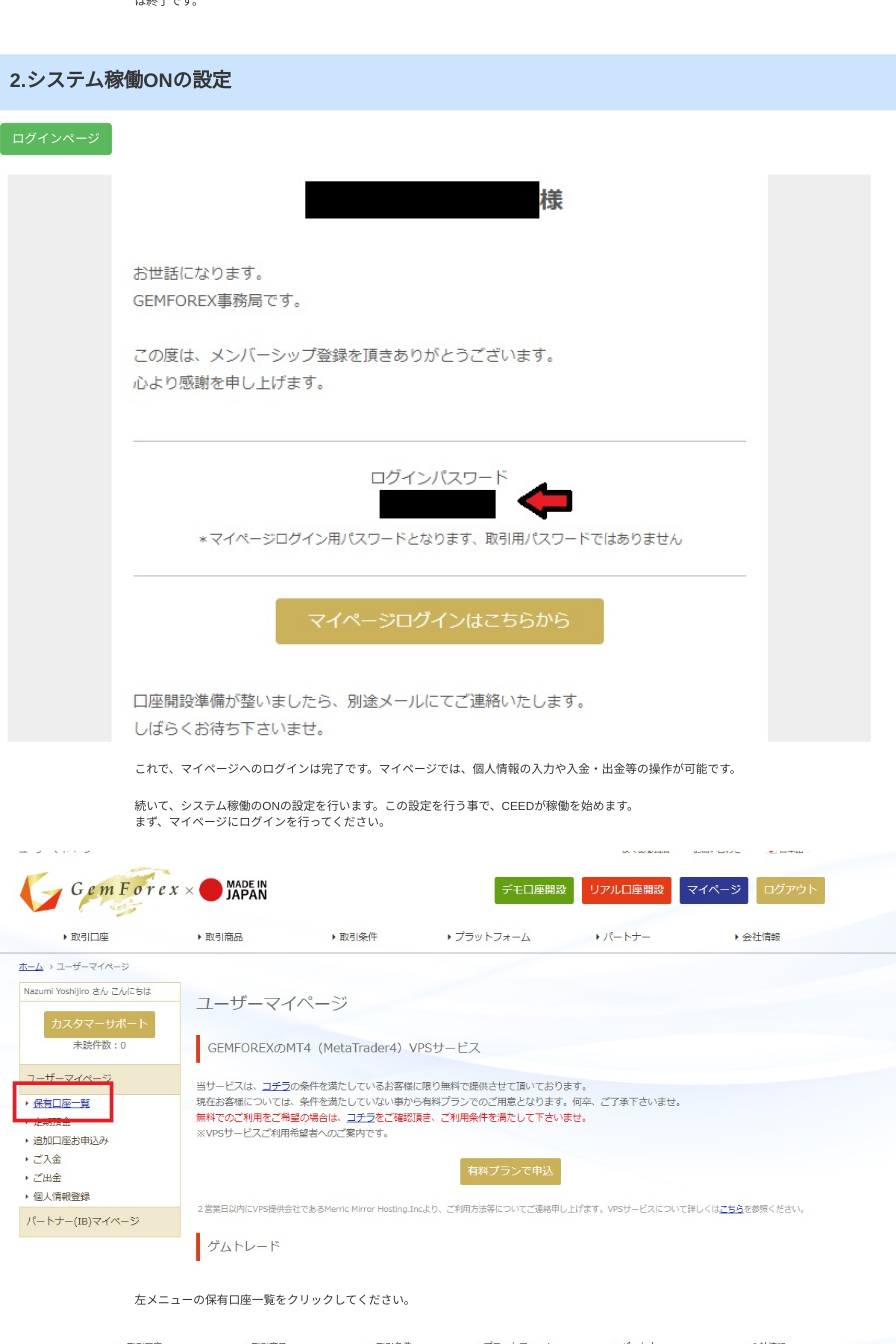
Repository: kkttuu1013/ProjectCeed
Page: http://localhost/start
The author's editor kept a record of every edit. The page is drawn from the files as they stood at one moment, then again after the next edit.
The browser window is 1280 px wide. The pictures show the part of the page from y = 2651 to 4571 px (the page is 11499 px tall before and 11575 px after), at 70% of full size.
Some web libraries are served in a nearby version. The page is served by the project's Node server (server.js).

Above is the page before.
Console error: ReferenceError: jQuery is not defined

### views/start.ejs
<!DOCTYPE html>
<html lang="en">
<head>
    <meta charset="UTF-8">
    <meta name="viewport" content="width=device-width, initial-scale=1">
    <title>Hello Bulma!</title>
    <link href="../main.css" rel="stylesheet" type="text/css"/>
    <link rel="stylesheet" href="../bulma/bulma.css">
    <script defer src="https://use.fontawesome.com/releases/v5.0.7/js/all.js"></script>
    <meta http-equiv="X-UA-Compatible" content="ie=edge">
    <link rel="stylesheet" href="https://maxcdn.bootstrapcdn.com/bootstrap/3.3.6/css/bootstrap.min.css" />
    <title>Document</title>
    <script src="../main.js"></script>
</head>
<body>
    <img src="/image/2.jpg" class="sidepd4">
    <hr class="hr1">
    <div class="wrapper">
        <p class="txt">このページでは、EA「CEED」の導入と運用方法を解説致します。上から順にマニュアルに沿って進めてください。<br>
        <br><strong>※ 入金や出金に関してお困りの際はこちらまでお問い合わせください。</strong></p>

         <a id="link" href="https://line.me/R/ti/p/%40jov0846c"><strong>CEED サポートLINE@はこちら</strong></a>


    </div>
    <div class="wrapper2" >
     <p class="txt1">
    <strong>1.FX証券会社の口座開設</strong><br>
    </p>
    </div>
<!-- /.wrapper -->
<div class="wrapper4">
    <p class="txt">このページでは、EA「CEED」の導入と運用方法を解説致します。上から順にマニュアルに沿って進めてください。
    <br>
    <br>
    下のリンクからGemforex証券の口座開設ページに進んでください。
<strong class="purple"><br>（※下のアクセスリンクはCEED運用専用となりますので、必ず下のリンクからアクセスをお願い致します)</strong>
    </p>
    <a href='https://gforex.asia/vip/77486/'>
    <button type="button" class="btn btn-lg btn-primary mgtop">CEED専用口座開設</button>
    </a>
    </div>
    <div class="wrapper4">
    <p class="txt">
        上の「口座開設ボタン」を押すと、証券会社のHPに移動しますので、画面の案内に従って、
        必要項目を記入してください。
    </p>
    </div>

    <div class="wrapper4">
    <p class="txt">
        <strong>口座タイプ</strong>：日本円口座（オールインワン）<br>
        <br>
        <strong>登録種別</strong>：個人口座<br>
        <br>
        <strong>お名前</strong>：ご自身の名前を記入<br>
        <br>
        <strong>メールアドレス</strong>：フリーメールアドレスで問題ありません。（※すでにGemforexの口座をお持ちの方は、違うメールアドレスにて登録してください）
    </p>
    </div>
    <div class="wrapper5">
    <img class="responsiveImg" src="/images/2.jpg">
    </div>
    <div class="wrapper4">
    <p class="txt">
    必要項目を記入後、下の「私はロボットではありません」にチェックを付けて、送信をしてください。
    </p>
    </div>
    <div class="wrapper5">
    <img class="responsiveImg" src="/images/3.jpg">
    </div>
    <div class="wrapper4">
    <p class="txt">
    先ほど登録したメールアドレス宛に、「登録完了通知」メールが送信されますので、ご確認ください。これで口座開設は終了です。
    </p>
    </div>
    <div class="wrapper2" >
     <p class="txt1">
    <strong>2.システム稼働ONの設定</strong><br>
    </p>
    </div>
    <a href='https://gforex.asia/login.php'>
    <button type="button" class="btn btn-lg btn-success mgtop">ログインページ</button>
    </a>
    <div class="wrapper5">
    <img class="responsiveImg" src="/images/4.jpg">
    </div>
    <div class="wrapper4">
    <p class="txt">
    これで、マイページへのログインは完了です。マイページでは、個人情報の入力や入金・出金等の操作が可能です。
    </p>
    </div>
    <div class="wrapper4">
    <p class="txt">
    続いて、システム稼働のONの設定を行います。この設定を行う事で、CEEDが稼働を始めます。<br>
    まず、マイページにログインを行ってください。
    </p>
    </div>
    <div class="wrapper5">
    <img class="responsiveImg" src="/images/保有口座一覧.jpg">
    </div>
    <div class="wrapper4">
    <p class="txt">
    左メニューの保有口座一覧をクリックしてください。
    </p>
    </div>
    <div class="wrapper5">
    <img class="responsiveImg" src="/images/MAM申請1.jpg">
    </div>
    <div class="wrapper4">
    <p class="txt">
    さっき、開設した口座情報が掲示されます。（５から始まる口座番号です）下の「MAM口座申請」を押してください。
    </p>
    </div>
    <div class="wrapper5">
    <img class="responsiveImg" src="/images/MAM申請2.jpg">
    <img class="responsiveImg" src="/images/MAM申請3.jpg">
    </div>
     <div class="wrapper4">
    <p class="txt">
    OKを押してください。口座開設に登録したメールアドレスに「確認メール」が届きますので、確認してください。
    </p>
    </div>
    <div class="wrapper5">
    <img class="responsiveImg" src="/images/MAM申請4.jpg">
    </div>
     <div class="wrapper4">
    <p class="txt">
    確認メールに記載されているURLをクリックして有効化をお願いします。
    </p>
    </div>
    <div class="wrapper5">
    <img class="responsiveImg" src="/images/MAM申請5.jpg">
    <img class="responsiveImg" src="/images/MAM申請6.jpg">
    <img class="responsiveImg" src="/images/MAM申請7.jpg">
    </div>
    <div class="wrapper4">
    <p class="txt">
    最後にMAM利用に関して同意の上、設定を完了します。
    </p>
    </div>
    <div class="wrapper5">
    <img class="responsiveImg" src="/images/MAM申請8.jpg">
    </div>
    <div class="wrapper4">
    <p class="txt">
    保有口座一覧の画面に移動しますので、OFF→ONに設定してください。
    </p>
    </div>
    <div class="wrapper5">
    <img class="responsiveImg" src="/images/MAM申請9.jpg">
    </div>
    <div class="wrapper4">
    <p class="txt">
    設定変更をしてもよろしいですかとでますので、OKを押してください。<br><br>
    <strong class="skyblue">これでシステムON設定が完了しました。あとは入金すると、自動で運用が開始します。</strong>
    </p>
    </div>




    <footer id="myFooter">
        <div id="mycontainer" class="container blackDiv">
            <div class="row blackDiv">
                <div id="image_wrapper" class="col-sm-12 col-md-2 blackDiv">
                    <h2 class="logo"><a href="#"><img id="ifcLogo" src="/image/IFC rogo.png"></a></h2>
                </div>
                <div class="col-sm-12 col-md-2 blackDiv footerList" >
                    <h5>製品情報</h5>
                    <ul>
                        <li><a href="https://www.ifc752.com/gallery">有料EA AUZIE</a></li>
                        <li><a href="https://www.ifc752.com/bee">有料EA BEE</a></li>
                        <li><a href="https://www.ifc752.com/blank-2">IFC SYSTEM1</a></li>
                        <li><a href="https://www.ifc752.com/ifcsystem1">IFC SYSTEM2</a></li>
                        <li><a href="https://www.ifc752.com/ifcsystem2">IFC SYSTEM3</a></li>
                        <li><a href="https://www.ifc752.com/ifcsystem4-3">IFC SYSTEM4</a></li>
                    </ul>
                </div>
                <div class="col-sm-12 col-md-2 blackDiv footerList">
                    <h5>サポート</h5>
                    <ul>
                        <li><a href="https://line.me/R/ti/p/%40vbu5369m">IFC EA LINE@</a></li>
                    </ul>
                </div>
                <div class="col-sm-12 col-md-2 blackDiv footerList">
                    <h5>場所</h5>
                    <ul>
                        <li>JAPAN</li>

                    </ul>
                </div>
                <div class="col-sm-12 col-md-2 blackDiv footerList">
                    <h5>企業情報</h5>
                    <ul>
                        <li><a href="https://www.sinseeddeviation.com/">会社概要</a></li>
                        <li><a href="/privacypolicy">プライバシーポリシー</a></li>
                    </ul>
                </div>
                <div id="button_wrapper" class="col-sm-12 col-md-2 blackDiv">
                    <button onclick="location.href='/'" type="button" class="btn btn-default">TOPに戻る</button>
                </div>
            </div>
        </div>
        <div class="footer-copyright">
            <p>© 2019 Copyright IFC GROUP </p>
        </div>
    </footer>


    <script src="https://code.jquery.com/jquery-3.4.1.js"
            integrity="sha256-WpOohJOqMqqyKL9FccASB9O0KwACQJpFTUBLTYOVvVU="
            crossorigin="anonymous"></script>
    <script src="https://ajax.googleapis.com/ajax/libs/jquery/1.12.4/jquery.min.js"></script>
    <script src="https://maxcdn.bootstrapcdn.com/bootstrap/3.3.7/js/bootstrap.min.js"></script>
<script src="main.js"></script>
</body>

</html>

### server.js
const express = require('express');
const app = express();
const cool = require('cool-ascii-faces')
const PORT = process.env.PORT || 3000;

app.set('views', './views');
app.set("view engine", "ejs");
app.use( express.static( __dirname ) );

app.get('/',function(req, res){
    res.render("index");
});

app.get('/whatisea/', function(req, res){
    res.render("whatisea")
})

app.get('/free/', function(req, res){
    res.render("free")
})

app.get('/cool', (req, res)=> res.send(cool()));

app.get('/privacypolicy', function(req, res){
    res.render("privacypolicy")
})

app.get('/stream', function(req, res){
    res.render("stream");
})

app.get('/start', function(req, res){
    res.render("start");
})

app.get('/start/2', function(req,res){
    res.render("money");
})

app.get('/start/3', function(req,res){
    res.render("mt4");
})

app.get('/start/4', function(req,res){
    res.render("back");
})

app.use(function(err, req, res, next){
	res.status(500);
	res.end('my 500 error! : ' + err);
});

app.listen(PORT);

### main.css
body{
    color: black;
    padding: 0;
    margin: 0;
}

.top-padding{
    padding: 5% 15% 5% 15%;
}

.responsiveImg{
    width: 100%;
}

.whitediv{
    background-color: white !important;
}



.right-half {
    position: absolute;
    right: 0px;
    width: 50%;
    height: 40%;
}

.margin-zero{
    margin: 0;
    padding: 0;
}
.img-whitebar{
    margin: 0px;
}
#leftHalf {
    width: 50%;
    position: absolute;
    left: 0px;
    height: 100%;
}

.mgpdzero{
    margin-bottom: 0px;
    padding: 0;
}

#topPos{
    width: 100%;
}

.sidepd{
    padding: 0px  10% 6% 10%;
}

.sidepd2{
    padding: 0% 10% 0% 10%;
}

.sidepd3{
    margin-left: auto;
    margin-right: auto;
    width: 100%;
}

.sidepd4{
    padding: 0% 10% 0% 10%;
}



.addtoppd{
    padding-top: 5%;
}


.navbar
{
    border: 0 !important;
}

.containBtn{
    position: relative;
    text-align: center;
    z-index: 0;
}

#container {
    position:relative;
    display: block;
}

.column{
    padding: 0;
    margin: 0;
}

.skyblue{
    color: #3D9BE9;
}

.wrapper {
    max-width: 70%;
    margin: 0 auto;
    text-align: center;
    background: white;
  }
.wrapper2{
    padding: 1.3em 1em;
    margin: auto;
    margin-top: 5%;
    color: #2c2c2f;
    background: #cde4ff;/*背景色*/
    width: 100%;
    height: 80px;
    text-align: left;
}

.wrapper4 {
    max-width: 70%;
    margin: 0 auto;
    margin-top: 2em;
    text-align: center;
    background: white;
  }

 .wrapper5 {
    margin: 0 auto;
    margin-top: 2em;
    text-align: center;
    background: white;
  }

.next {
  background-color: #4CAF50;
  color: white;
  text-align: center;
  text-decoration: none;
  display: inline-block;
  padding: 8px 16px;
}

.round {
  border-radius: 50%;
}

.mgtop{
    margin-top: 1em;
}


.txt{
    font-size: 1.2em;
    text-align: left;
}

.txt1 {
    display: inline-block;
    text-align: center;
    font-size: 2em;
}

#link{
    text-align: center;
    background: white;

}

.hr1{
    height: 3px;
}





#mycontainer .container{
    height: 50px;
    width: 100px;
}

#img2 {
    width: 50px;
    height: auto;
    position: absolute;
    left: 61.5%;
    top: 20%;
}

#img3 {
    width: 50px;
    height: auto;
    position: absolute;
    left: 1170px;
    top: 15px;
}

#img4 {
    width: 50px;
    height: auto;
    position: absolute;
    left: 100%;
    top: 15px;
}

.fixedTop{
    position: fixed;
    top: 0;
    z-index: 10;
}

#toTop{
    width: 12%;

}

#toTop:focus{
    outline: none;
}

#toEA{
    left: 11%;
    width: 18.5%;
}

#gotoea{
    position: absolute;
    bottom: 29%;
    left: 23.5%;
    text-align: center;
    font-size: 1.5vw;
}

#gotofree{
    position: absolute;
    bottom: 30%;
    left: 60%;
    text-align: center;
    font-size: 1.5vw;
}



#toEA:focus{
    outline: none;
}

#toFree{
    left: 28.5%;
    width: 20%;
}

#toFree:focus{
    outline: none;
}

#gotostream{
    position: absolute;
    bottom: 35%;
    left: 26%;
    font-size: 1.5vw;
}

#gotostream2{
    position: absolute;
    bottom: 15%;
    left: 60%;
    font-size: 1.4vw;
}

#toStream{
    left: 47.8%;
    width: 19.6%;
}

#toStream:focus{
    outline: none;
}

#toLine{
    left: 67.4%;
    width: 11%;
}

#toLine:focus{
    outline: none;
}


#toStart{
    left: 78.3%;
    width: 27.8%;
}

#toStart:focus{
    outline: none;
}

.videocontainer{
    position: relative;
    width: 100%;
    padding-top: 30%;
    padding-left: 10%;
    padding-right: 10%;
    padding-bottom: 10%;
}

.streamframe{
    position: absolute;
    top: 10%;
    right: 25%;
    width: 1000px;
    height: 500px;
}

.signal{
    top: 1.5%;
    left: 64%;
    width: 3%;
}

@media screen and (max-width: 600px) {
    .signal{top: 1%;}
}

div {
    background-color: #F7F7F8;
  }

#mycontainer{
    width: 100%;
}

#myFooter {
    background-color: #3c3d41;
    color: white;
    width: 100%;

}

#myFooter .footer-copyright {
    background-color: #333333;
    padding-top: 3px;
    padding-bottom: 3px;
    text-align: center;
    font-size: 50%;
}

#myFooter .row {
    margin-bottom: 0px;
    width: 100%;
}

#myFooter .navbar-brand {
    margin-top: 45px;
    height: 65px;
}

#myFooter .footer-copyright p {
    margin: 10px;
    color: #ccc;
}

#myFooter ul {
    list-style-type: none;
    padding-left: 0;
    line-height: 1.7;
    text-align: center;
}

#myFooter h5 {
    color: white;
    font-weight: bold;
    margin-top: 30px;
    text-align: center;

}

#myFooter h2 a{
    font-size: 50px;
    text-align: center;
    color: #fff;
}

#myFooter a {
    width: 100%;
    color: #d2d1d1;
    text-decoration: none;
    font-size: 15px;

}

#myFooter li{
    width: 100%;
    color: #d2d1d1;
    text-decoration: none;
    font-size: 15px;
}

#myFooter a:hover,
#myFooter a:focus {
    text-decoration: none;
    color: white;
}

#myFooter .social-networks {
    text-align: center;
    padding-top: 100px;
    padding-bottom: 16px;
}

#myFooter .social-networks a {
    font-size: 10px;
    color: #f9f9f9;
    padding: 10px;
    transition: 0.2s;
}

#myFooter .social-networks a:hover {
    text-decoration: none;
}

#myFooter .facebook:hover {
    color: #0077e2;
}

#myFooter .google:hover {
    color: #ef1a1a;
}

#myFooter .twitter:hover {
    color: #00aced;
}

#myFooter .btn {
    color: #3c3d41;
    background-color: #F7F7F8;
    border-radius: 20px;
    border: none;
    margin: auto;
    margin-top: 100px;
}

#button_wrapper{
    text-align: center;
}

#ifcLogo{
    height: auto;
    width: 200px;
    padding-right: 10px;
    padding-left:  10px;
    padding-top: 25px;
}

.mobile{
    display: none;
}

@media screen and (max-width: 1023px) {
    #myFooter .row {
    margin-bottom: 0px;
}
    #image_wrapper{
        text-align: center;
    }

    #myFooter .btn{
        margin-top: 50px;
        margin-bottom: 50px;
    }

    .desktop{
        display: none;
    }

    .mobile{
        display: block;
        width: 100%;
    }
    #toTop{
        width: 100%;
    }
    #imgMain{
        margin-top: 10%;
    }


}

@media screen and (max-width: 767px) {
    .sidepd{
        padding: 0 0 20% 0;
    }
    .top-padding{
        padding: 5% 0 5% 0;
    }

    #gotoea{
        bottom: 29%;
        left: 18%;
        font-size: 2vw;
    }

    #gotostream{
        position: absolute;
        bottom: 35%;
        left: 21%;
        font-size: 2vw;
    }

     #gotofree{
        position: absolute;
        bottom: 7%;
        left: 40%;
        font-size: 3vw;
    }

    #gotoea{
        position: absolute;
        bottom: 7%;
        left: 40%;
        font-size: 3vw;
    }

    #gotostream{
        position: absolute;
        bottom: 7%;
        left: 40%;
        font-size: 3vw;
    }





}

@media (max-width: 525px){
    .containimg {
        width: auto;
        }
    .insideimg{
        width: 100%;
        height: auto;
    }
}


.blackDiv{
    background-color: #3c3d41;
    font-size: 80%;
}


/* ============== */
/*     footer     */
/* ============== */

### main.js
/* global $ */

jQuery(function(){

    function fadeIn()
{
   $(this).fadeIn( fadeOut );
}

function fadeOut()
{
   $(this).fadeOut( fadeIn );
}

fadeIn.call($(".signal"));

 });



 //向かいたい先の位置を変数positionに入れる。
var topPos = $("#topPos").offset().top;
var eaPos = $("#eaPos").offset().top;
var freePos = $("#freePos").offset().top;
var livePos = $("#livePos").offset().top;
var linePos = $("#linePos").offset().top;
var startPos = $("#startPos").offset().top;　//最初の要素の、ドキュメント上での表示位置[y軸]を返す

var bootstrap_enabled = (typeof $().modal == 'function');


//TO TOP BUTTON
$(document).on("click","#toTop",function(){
   console.log("pressed!");
   $("html,body").animate({
        scrollTop : topPos // さっき変数に入れた位置まで
    }, {
        queue : false,　// どれくらい経過してから、アニメーションを始めるか。キュー[待ち行列]。falseを指定すると、キューに追加されずに即座にアニメーションを実行。
    });
});

$(document).on("click",".btn-default",function(){
    console.log("pressed!");
    $("html,body").animate({
         scrollTop : topPos // さっき変数に入れた位置まで
     }, {
         queue : false,　// どれくらい経過してから、アニメーションを始めるか。キュー[待ち行列]。falseを指定すると、キューに追加されずに即座にアニメーションを実行。
     });
 });

$(document).on("click","#toEA",function(){
    console.log("pressed!");
    $("html,body").animate({
         scrollTop : eaPos // さっき変数に入れた位置まで
     }, {
         queue : false,　// どれくらい経過してから、アニメーションを始めるか。キュー[待ち行列]。falseを指定すると、キューに追加されずに即座にアニメーションを実行。
     });
 });

 $(document).on("click","#toFree",function(){
    console.log("pressed!");
    $("html,body").animate({
         scrollTop : freePos // さっき変数に入れた位置まで
     }, {
         queue : false,　// どれくらい経過してから、アニメーションを始めるか。キュー[待ち行列]。falseを指定すると、キューに追加されずに即座にアニメーションを実行。
     });
 });

 $(document).on("click","#toStream",function(){
    console.log("pressed!");
    $("html,body").animate({
         scrollTop : livePos // さっき変数に入れた位置まで
     }, {
         queue : false,　// どれくらい経過してから、アニメーションを始めるか。キュー[待ち行列]。falseを指定すると、キューに追加されずに即座にアニメーションを実行。
     });
 });

 $(document).on("click","#toLine",function(){
    console.log("pressed!");
    $("html,body").animate({
         scrollTop : linePos // さっき変数に入れた位置まで
     }, {
         queue : false,　// どれくらい経過してから、アニメーションを始めるか。キュー[待ち行列]。falseを指定すると、キューに追加されずに即座にアニメーションを実行。
     });
 });

 $(document).on("click","#toStart",function(){
    console.log("pressed!");
    $("html,body").animate({
         scrollTop : startPos // さっき変数に入れた位置まで
     }, {
         queue : false,　// どれくらい経過してから、アニメーションを始めるか。キュー[待ち行列]。falseを指定すると、キューに追加されずに即座にアニメーションを実行。
     });
 });

Loaded but not shown: bulma/bulma.css (library)

After the next edit:
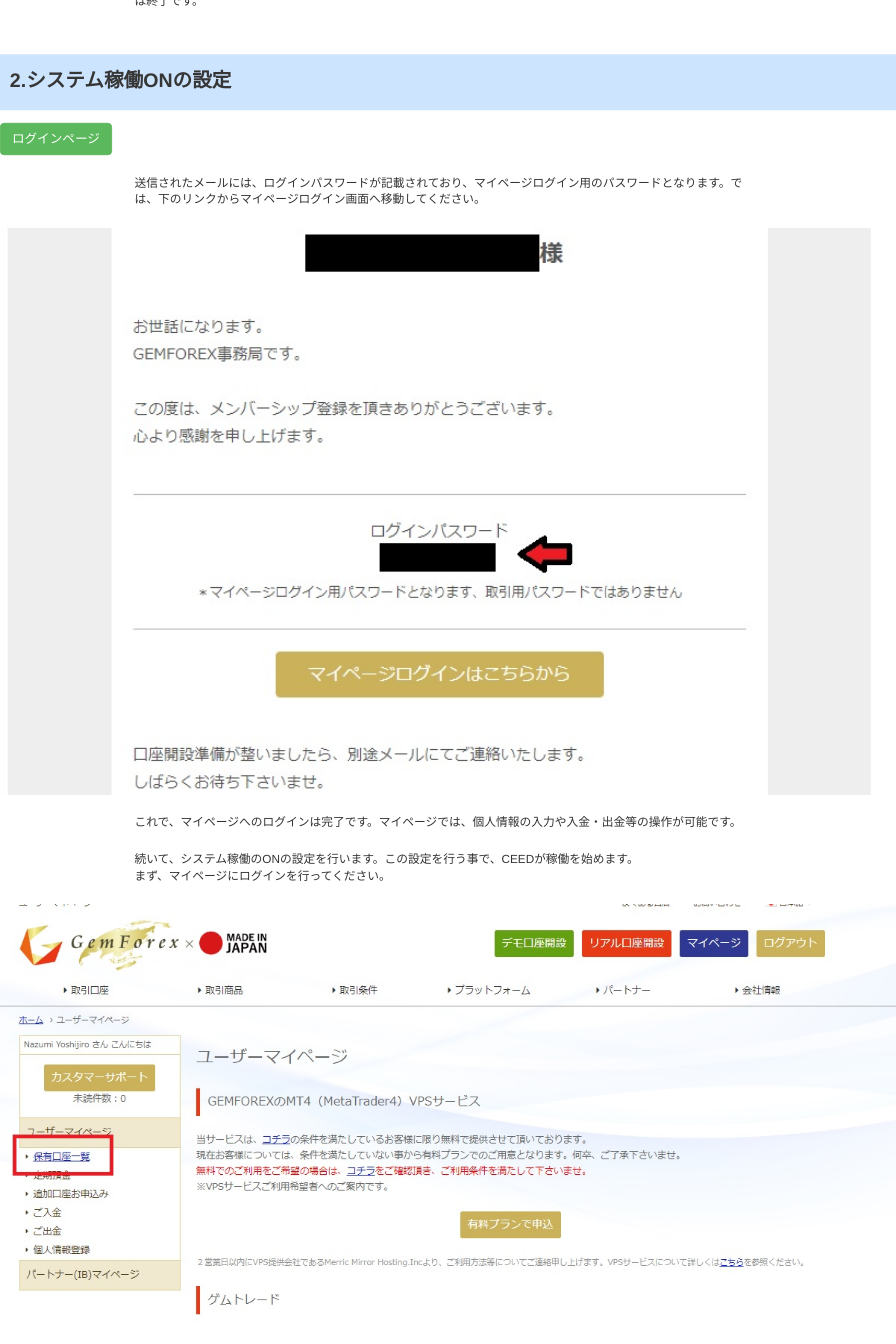
The edit:
--- a/views/start.ejs
+++ b/views/start.ejs
@@ -82,6 +82,11 @@
     <a href='https://gforex.asia/login.php'>
     <button type="button" class="btn btn-lg btn-success mgtop">ログインページ</button>
     </a>
+      <div class="wrapper4">
+    <p class="txt">
+    送信されたメールには、ログインパスワードが記載されており、マイページログイン用のパスワードとなります。では、下のリンクからマイページログイン画面へ移動してください。
+    </p>
+    </div>
     <div class="wrapper5">
     <img class="responsiveImg" src="/images/4.jpg">
     </div>
